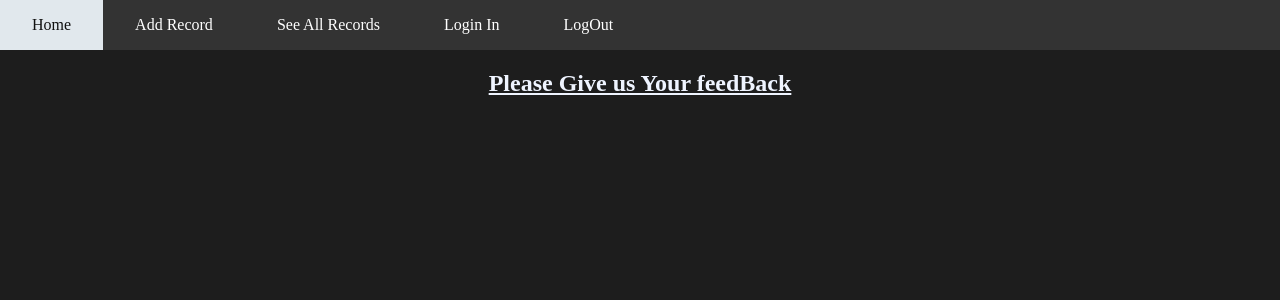
Repository: MUHAMMAD-SAQIB-2000/SpringBoot
Page: http://localhost/WebServiceRecordManagementSystem/home.jsp
The author's editor kept a copy of each file at every save. The page is drawn from the files as they stood at one save, then again after the next save.
The browser window is 1280 px wide. The pictures show the whole page.
The page is served by Tomcat 9. Other server files are loaded and not shown.

Above is the page before, as saved 2020-08-14 18:13:52.

### WebServiceRecordManagementSystem/src/main/webapp/home.jsp
<%@ page language="java" contentType="text/html; charset=ISO-8859-1"
	pageEncoding="ISO-8859-1"%>
<!DOCTYPE html>
<html>
<head>
<meta charset="ISO-8859-1">
<title>Record Management System</title>
<link rel="stylesheet" href="style.css">
</head>
<body>
	<div>
		<ul>
			<li><a class="active"
				onclick="window.location.href = '${pageContext.request.contextPath}/home'">Home</a></li>
			<li><a
				onclick="window.location.href = '${pageContext.request.contextPath}/addCustomerForm'">Add
					Record</a></li>
			<li><a
				onclick="window.location.href = '${pageContext.request.contextPath}/displayAllCustomers'">See
					All Records</a></li>
			<li><a
				onclick="window.location.href = '${pageContext.request.contextPath}/login'">Login
					In</a></li>
			<li><a
				onclick="window.location.href = '${pageContext.request.contextPath}/logout-success'">LogOut</a></li>
		</ul>
	</div>

	<div class="mainBody">
		<!--
			<h1 class="h">Welcome to Our Customer Record Management System</h1>
		<h2>OOP CS-103 FINAL PROJECT</h2>
		<h2><b>Submitted to:</b> Dr.Nouman Riaz </h2>
		<br><br>
		<h3>Submitted By </h3>
		<h4>Roll Numbers &nbsp;&nbsp;&nbsp;&nbsp;&nbsp;&nbsp;&nbsp; Names</h4>
		<h5>19011519-027 &nbsp;&nbsp;&nbsp;&nbsp;&nbsp;&nbsp;&nbsp; Muhammad Saqib</h5>
		<h5>19011519-015 &nbsp;&nbsp;&nbsp;&nbsp;&nbsp;&nbsp;&nbsp; Zunair Ahmad</h5>
		<h5>19011519-024 &nbsp;&nbsp;&nbsp;&nbsp;&nbsp;&nbsp;&nbsp; Sidra Naseem</h5>
		<h5>19011519-037 &nbsp;&nbsp;&nbsp;&nbsp;&nbsp;&nbsp;&nbsp; Arooj Saghar</h5>
		<h5>19011519-131 &nbsp;&nbsp;&nbsp;&nbsp;&nbsp;&nbsp;&nbsp; Syeda Umme Pakiza Imran</h5>
		<h5>18321519-010 &nbsp;&nbsp;&nbsp;&nbsp;&nbsp;&nbsp;&nbsp; Afia Habib</h5>
		<h5><b> Section</b> CS-II-19-A</h5>

		-->
		<h2 class="h">Please Give us Your feedBack</h2>
	</div>

</body>
</html>

### WebServiceRecordManagementSystem/src/main/webapp/style.css
@charset "ISO-8859-1";

body {
	margin: 0px;
	padding: 0px;
	background-color:#1d1d1d;
}

ul {
	list-style-type: none;
	margin: 0;
	padding: 0;
	overflow: hidden;
	background-color: #333;
	position: fixed;
	top: 0;
	width: 100%;
}

li {
	float: left;
}

li a {
	display: block;
	color: white;
	text-align: center;
	padding: 16px 32px;
	text-decoration: none;
	font-size:16px;
}

li a:hover {
	background-color: #E1E8ED;
	color:#111;
}

.active {
	background-color:#008CBA;
	color:#fff;
	transition-duration: 0.4s;
	cursor: pointer;
}
.mainBody{
	padding: 20px 20px;
	margin-top:30px;
}

.h {
	color: #eff4ff;
	text-align: center;
	text-decoration: underline;
}
h2,h3,h4,h5{
	color: #E1E8ED;
}
table, th, td {
	background-color: #E1E8ED;
	color: #111;
	text-align: center;
	border: 2px solid #008CBA;
	margin: 10px;
	padding: 5px;
}

th:hover, td:hover {
	border: 2px solid #111;
	background-color: #008CBA;
	color: white;
	transition-duration: 0.4s;
	cursor: pointer;
}

.tableCSS {
	background-color: #E1E8ED;
	color: #111;
	margin-top:5%;
	margin-left:20%;
}

.button {
	border: none;
	color: white;
	padding: 8px 24px;
	text-align: center;
	text-decoration: none;
	display: inline-block;
	font-size: 12px;
	margin: 4px 2px;
	transition-duration: 0.4s;
	cursor: pointer;
}

.button2 {
	background-color: #E1E8ED;
	color: black;
	border: 2px solid #008CBA;
}

.button2:hover {
	background-color: #008CBA;
	color: white;
}

.form {
	text-align: left;
	margin-left: 50px;
}

form {
	width: 100%;
	padding: 12px 20px;
	margin: 8px 0;
	box-sizing: border-box;
}

.title {
	font-size: 25px;
	color: #eff4ff;
}
.para{
	font-size: 14px;
	color: #eff4ff;
}
select {
  width: 20%;
  padding: 12px 16px;
  border: none;
  border-radius: 4px;
  background-color: #f1f1f1;
}
.inputForm {
	width: 30%;
	padding: 10px 18px;
	margin: 6px 0;
	box-sizing: border-box;
	background-color: #F7F7F7;
	color: #111;
	border: 2px solid #00aba9;
  	border-radius: 4px;
}
.inputForm:focus {
  border: 3px solid #555;
}
radiobutton {
	size: 10px;
}

option:hover {
	background-color: #008CBA;
	color: white;
}

a {
	text-decoration: none;
	color: #111;
}

a:hover {
	color: #fff;
	font-size: 16px;
}
.foter{
	background-color: #111;
	color:#fff;
	font-size:20px;
}
.loginButton{
	width: 30%;
	padding: 10px 18px;
	margin: 6px 0;
	box-sizing: border-box;
}

After the next save:
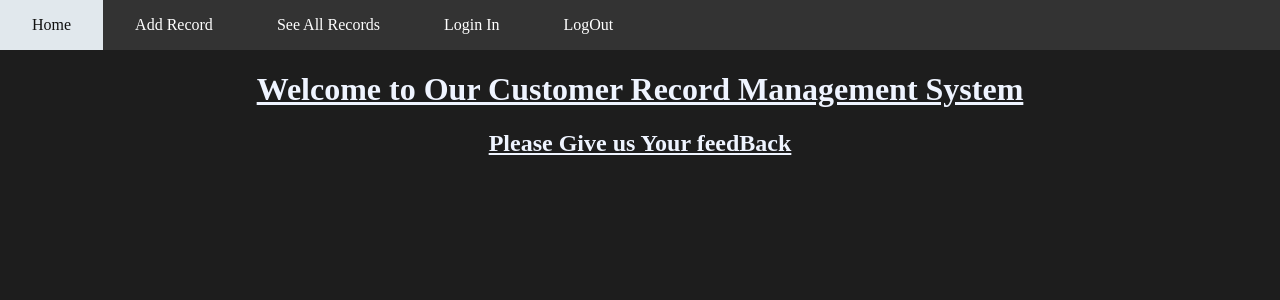
Saved 106 s later.
--- a/WebServiceRecordManagementSystem/src/main/webapp/home.jsp
+++ b/WebServiceRecordManagementSystem/src/main/webapp/home.jsp
@@ -27,8 +27,9 @@
 	</div>
 
 	<div class="mainBody">
+
+		<h1 class="h">Welcome to Our Customer Record Management System</h1>
 		<!--
-			<h1 class="h">Welcome to Our Customer Record Management System</h1>
 		<h2>OOP CS-103 FINAL PROJECT</h2>
 		<h2><b>Submitted to:</b> Dr.Nouman Riaz </h2>
 		<br><br>
